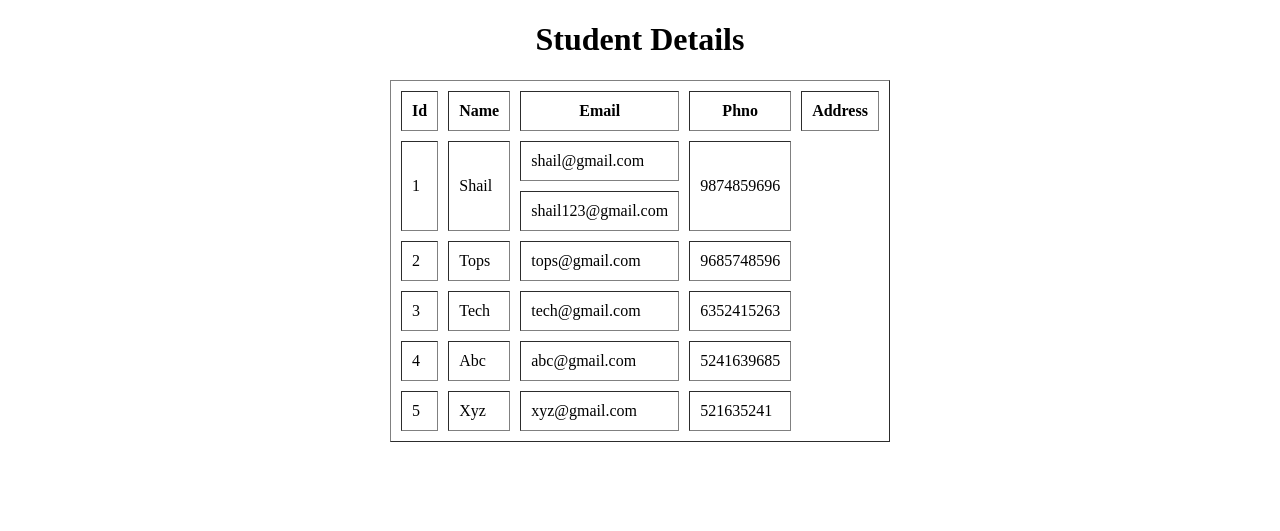
Repository: Chintan-elite/Java_Shail
Page: Learning_web/src/main/webapp/Table.html
These files come from the project's save history. The page is drawn as it stood at one moment and after the next save; the edit follows.
The browser window is 1280 px wide. The pictures show the whole page.

Above is the page before, as saved 2023-09-11 11:49:28.

### Learning_web/src/main/webapp/Table.html
<!DOCTYPE html>
<html>
<head>
<meta charset="ISO-8859-1">
<title>Insert title here</title>
</head>
<body>
		<h1 align="center">Student Details</h1>

		<table border="1" align="center" cellpadding="10" cellspacing="10">
		<tr>
			<th>Id</th>
			<th>Name</th>
			<th>Email</th>
			<th>Phno</th>
			<th>Address</th>
		</tr>

		<tr>
			<td rowspan="2">1</td>
			<td rowspan="2">Shail</td>
			<td>shail@gmail.com</td>
			<td rowspan="2">9874859696</td>
		</tr>

		<tr>


			<td>shail123@gmail.com</td>

		</tr>

		<tr>
			<td>2</td>
			<td>Tops</td>
			<td>tops@gmail.com</td>
			<td>9685748596</td>
		</tr>

		<tr>
			<td>3</td>
			<td>Tech</td>
			<td>tech@gmail.com</td>
			<td>6352415263</td>
		</tr>

		<tr>
			<td>4</td>
			<td>Abc</td>
			<td>abc@gmail.com</td>
			<td>5241639685</td>
		</tr>

		<tr>
			<td>5</td>
			<td>Xyz</td>
			<td>xyz@gmail.com</td>
			<td>521635241</td>
		</tr>


		</table>




</body>
</html>

After the next save:
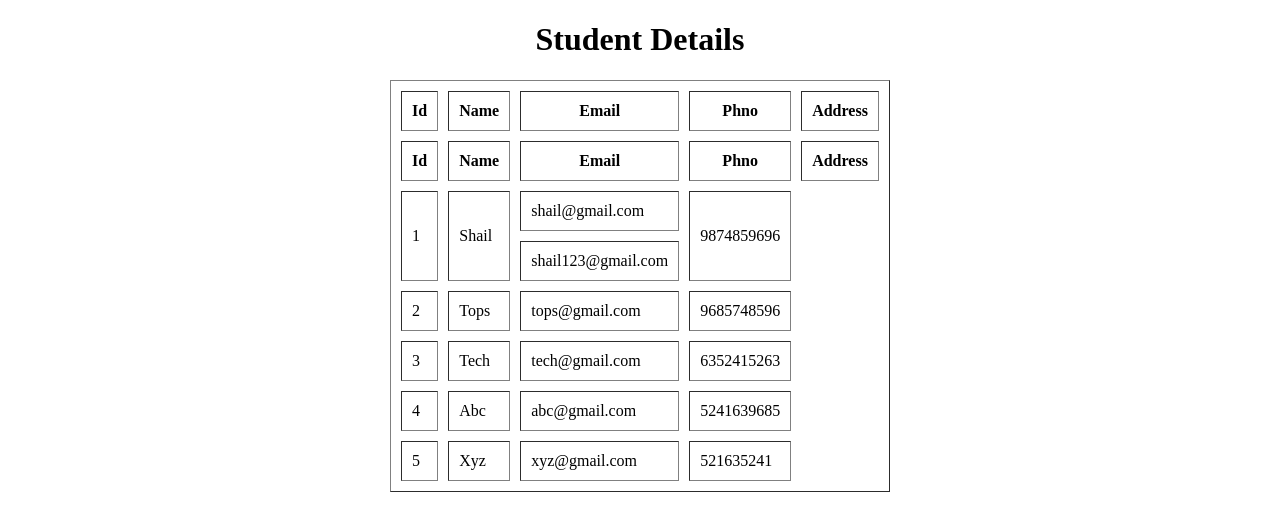
Saved 42 s later.
--- a/Learning_web/src/main/webapp/Table.html
+++ b/Learning_web/src/main/webapp/Table.html
@@ -10,6 +10,14 @@
 		<table border="1" align="center" cellpadding="10" cellspacing="10">
 		<tr>
 			<th>Id</th>
+			<th>Name</th>
+			<th>Email</th>
+			<th>Phno</th>
+			<th>Address</th>
+		</tr>
+
+		<tr>
+		<th>Id</th>
 			<th>Name</th>
 			<th>Email</th>
 			<th>Phno</th>
